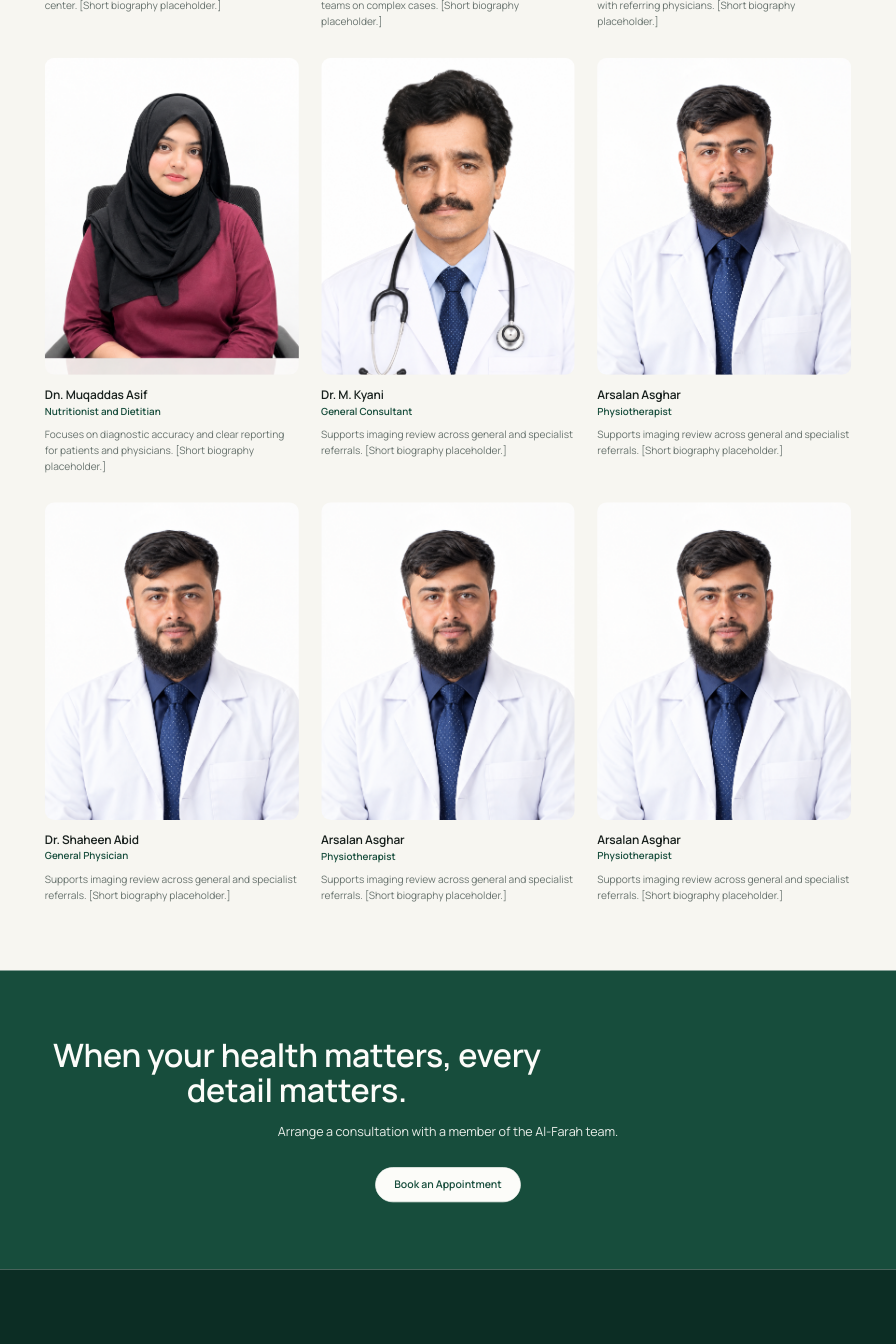
Repository: mraeesaziz45/al-farah
Page: team.html
An editor plug-in stored every save of this project. The page is shown before and after the next save, followed by the edit.
The browser window is 1280 px wide. The pictures show the part of the page from y = 3658 to 5578 px (the page is 5934 px tall), at 70% of full size.

Above is the page before, as saved 2026-09-08 17:55:25.

### team.html
<!DOCTYPE html>
<html lang="en">
<head>
<meta charset="UTF-8">
<meta name="viewport" content="width=device-width, initial-scale=1.0">
<title>Team — Al-Farah Medical Center</title>
<meta name="description" content="Meet the physicians and staff of Al-Farah Medical Center, led by our Founder and Director.">
<meta property="og:title" content="Team — Al-Farah Medical Center">
<meta property="og:description" content="The people behind the care.">
<meta property="og:type" content="website">
<link rel="preconnect" href="https://fonts.googleapis.com">
<link rel="preconnect" href="https://fonts.gstatic.com" crossorigin>
<link href="https://fonts.googleapis.com/css2?family=Manrope:wght@400;500;600;700&family=DM+Serif+Display:ital@0;1&display=swap" rel="stylesheet">
<link rel="stylesheet" href="css/style.css">
</head>
<body>
<a href="#main" class="skip-link">Skip to content</a>

<header class="site-header">
  <div class="container header-inner">
    <a href="index.html" class="logo-link">
      <img src="assets/logo/logo-placeholder.svg" alt="Al-Farah Medical Center" width="180" height="52">
    </a>
    <nav class="main-nav" aria-label="Primary">
      <a href="index.html">Home</a>
      <a href="services.html">Services</a>
      <a href="team.html" aria-current="page">Team</a>
      <a href="about.html">About</a>
      <a href="contact.html">Contact</a>
    </nav>
    <div class="header-actions">
      <a href="contact.html" class="btn btn-primary header-cta-desktop">Book an Appointment</a>
      <button class="menu-toggle" aria-expanded="false" aria-controls="mobileMenu" aria-label="Open menu">
        <span class="bar"></span>
      </button>
    </div>
  </div>
</header>

<div class="mobile-menu" id="mobileMenu">
  <div class="mobile-menu-top">
    <img src="assets/logo/logo-placeholder.svg" alt="Al-Farah Medical Center" width="150" height="44">
    <button class="mobile-menu-close" aria-label="Close menu">
      <svg viewBox="0 0 24 24" fill="none" stroke="currentColor" stroke-width="1.6"><line x1="5" y1="5" x2="19" y2="19"/><line x1="19" y1="5" x2="5" y2="19"/></svg>
    </button>
  </div>
  <nav class="mobile-nav" aria-label="Mobile">
    <a href="index.html">Home</a>
    <a href="services.html">Services</a>
    <a href="team.html" aria-current="page">Team</a>
    <a href="about.html">About</a>
    <a href="contact.html">Contact</a>
  </nav>
  <div class="mobile-menu-cta">
    <a href="contact.html" class="btn btn-primary">Book an Appointment</a>
  </div>
</div>

<main id="main">

  <section class="page-hero dark bg-forest-deep">
    <div class="container">
      <p class="eyebrow" data-reveal>Our People</p>
      <h1 class="page-heading h1" data-reveal>The people behind the care.</h1>
      <p class="body-lg" data-reveal>Al-Farah is led by a small team of physicians and support staff who work together across consultation, diagnostics, and follow-up.</p>
    </div>
  </section>

  <section class="bg-white">
    <div class="container">
      <div class="team-feature">
        <div class="team-feature-media" data-reveal>
          <img src="assets/images/team/director-2.png" alt="Portrait of the Director, placeholder photograph" width="1200" height="1600" loading="lazy" decoding="async">
        </div>
        <div class="team-feature-content" data-reveal>
          <p class="eyebrow">Leadership</p>
          <h2 class="h2">M. Raees Aziz</h2>
          <span class="team-feature-role">Founder &amp; Director</span>
          <p>Dr. [Director Name] founded Al-Farah Medical Center with the intention of building a clinic where diagnosis and consultation received equal care — one where patients leave with answers, not just appointments.</p>
          <p>[Placeholder biography — medical background, areas of focus, and professional history to be supplied by the clinic.]</p>
        </div>
      </div>
    </div>
  </section>

  <section class="bg-cream">
    <div class="container">
      <div class="section-head team-section-label" data-reveal>
        <p class="eyebrow">Senior Team</p>
        <h2 class="h2">Management & Staff.</h2>
      </div>
      <div class="team-grid" data-reveal-group>
        <div class="team-card" data-reveal>
          <div class="team-card-media">
            <img src="assets/images/team/hafiz-khushi.png" alt="Portrait placeholder for the clinic accountant" width="1000" height="1250" loading="lazy" decoding="async">
          </div>
          <h3 class="h4">Hafiz M. Khuhsi</h3>
          <span class="role">Head Manager</span>
          <p class="bio">Manages financial operations and billing for the center. [Short biography placeholder.]</p>
        </div>
        <div class="team-card" data-reveal>
          <div class="team-card-media">
            <img src="assets/images/team/benazir.png" alt="Portrait placeholder for a radiologist" width="1000" height="1250" loading="lazy" decoding="async">
          </div>
          <h3 class="h4">Benazir Aziz</h3>
          <span class="role">Accountant</span>
          <p class="bio">Reviews diagnostic imaging and coordinates findings with referring physicians. [Short biography placeholder.]</p>
        </div>
        <div class="team-card" data-reveal>
          <div class="team-card-media">
            <img src="assets/images/team/aneela-tabassum.png" alt="Portrait placeholder for a radiologist" width="1000" height="1250" loading="lazy" decoding="async">
          </div>
          <h3 class="h4">Anila Tabassum</h3>
          <span class="role">HR Manager</span>
          <p class="bio">Focuses on diagnostic accuracy and clear reporting for patients and physicians. [Short biography placeholder.]</p>
        </div>
        <div class="team-card" data-reveal>
          <div class="team-card-media">
            <img src="assets/images/team/abdul-isalm.png" alt="Portrait placeholder for a radiologist" width="1000" height="1250" loading="lazy" decoding="async">
          </div>
          <h3 class="h4">Abdul Islam</h3>
          <span class="role">Marketing Executive</span>
          <p class="bio">Supports imaging review across general and specialist referrals. [Short biography placeholder.]</p>
        </div>
        <div class="team-card" data-reveal>
          <div class="team-card-media">
            <img src="assets/images/team/sarfaraz-ahmad.png" alt="Portrait placeholder for a radiologist" width="1000" height="1250" loading="lazy" decoding="async">
          </div>
          <h3 class="h4">M. Sarfaraz Ahmad</h3>
          <span class="role">Marketing Manager</span>
          <p class="bio">Works closely with the laboratory and consultation teams on complex cases. [Short biography placeholder.]</p>
        </div>
      </div>
    </div>
  </section>

  <section class="bg-cream">
    <div class="container">
      <div class="section-head team-section-label" data-reveal>
        <p class="eyebrow">Our Doctors</p>
        <h2 class="h2">Consultants and Surgeons.</h2>
      </div>
      <div class="team-grid" data-reveal-group>
        <div class="team-card" data-reveal>
          <div class="team-card-media">
            <img src="assets/images/team/dr-raza-elahi.png" alt="Portrait placeholder for the clinic accountant" width="1000" height="1250" loading="lazy" decoding="async">
          </div>
          <h3 class="h4">Dr. Raza Elahi</h3>
          <span class="role">Senior Orthopedic Surgeon</span>
          <p class="bio">Manages financial operations and billing for the center. [Short biography placeholder.]</p>
        </div>
        <div class="team-card" data-reveal>
          <div class="team-card-media">
            <img src="assets/images/team/arsalan-ghori.png" alt="Portrait placeholder for a radiologist" width="1000" height="1250" loading="lazy" decoding="async">
          </div>
          <h3 class="h4">Dr. Arsalan Ghouri</h3>
          <span class="role">Orthopedic Surgeon</span>
          <p class="bio">Works closely with the laboratory and consultation teams on complex cases. [Short biography placeholder.]</p>
        </div>
        <div class="team-card" data-reveal>
          <div class="team-card-media">
            <img src="assets/images/team/dr-aslam.png" alt="Portrait placeholder for a radiologist" width="1000" height="1250" loading="lazy" decoding="async">
          </div>
          <h3 class="h4">Dr. M. Aslam</h3>
          <span class="role">General Surgeon</span>
          <p class="bio">Reviews diagnostic imaging and coordinates findings with referring physicians. [Short biography placeholder.]</p>
        </div>
        <div class="team-card" data-reveal>
          <div class="team-card-media">
            <img src="assets/images/team/muqaddas-asif.png" alt="Portrait placeholder for a radiologist" width="1000" height="1250" loading="lazy" decoding="async">
          </div>
          <h3 class="h4">Dn. Muqaddas Asif</h3>
          <span class="role">Nutritionist and Dietitian</span>
          <p class="bio">Focuses on diagnostic accuracy and clear reporting for patients and physicians. [Short biography placeholder.]</p>
        </div>
        <div class="team-card" data-reveal>
          <div class="team-card-media">
            <img src="assets/images/team/dr-kyani.png" alt="Portrait placeholder for a radiologist" width="1000" height="1250" loading="lazy" decoding="async">
          </div>
          <h3 class="h4">Dr. M. Kyani</h3>
          <span class="role">General Consultant</span>
          <p class="bio">Supports imaging review across general and specialist referrals. [Short biography placeholder.]</p>
        </div>
        <div class="team-card" data-reveal>
          <div class="team-card-media">
            <img src="assets/images/team/arsalan.png" alt="Portrait placeholder for a radiologist" width="1000" height="1250" loading="lazy" decoding="async">
          </div>
          <h3 class="h4">Arsalan Asghar</h3>
          <span class="role">Physiotherapist</span>
          <p class="bio">Supports imaging review across general and specialist referrals. [Short biography placeholder.]</p>
        </div>
        <div class="team-card" data-reveal>
          <div class="team-card-media">
            <img src="assets/images/team/arsalan.png" alt="Portrait placeholder for a radiologist" width="1000" height="1250" loading="lazy" decoding="async">
          </div>
          <h3 class="h4">Dr. Shaheen Abid</h3>
          <span class="role">General Physician</span>
          <p class="bio">Supports imaging review across general and specialist referrals. [Short biography placeholder.]</p>
        </div>
        <div class="team-card" data-reveal>
          <div class="team-card-media">
            <img src="assets/images/team/arsalan.png" alt="Portrait placeholder for a radiologist" width="1000" height="1250" loading="lazy" decoding="async">
          </div>
          <h3 class="h4">Arsalan Asghar</h3>
          <span class="role">Physiotherapist</span>
          <p class="bio">Supports imaging review across general and specialist referrals. [Short biography placeholder.]</p>
        </div>
        <div class="team-card" data-reveal>
          <div class="team-card-media">
            <img src="assets/images/team/arsalan.png" alt="Portrait placeholder for a radiologist" width="1000" height="1250" loading="lazy" decoding="async">
          </div>
          <h3 class="h4">Arsalan Asghar</h3>
          <span class="role">Physiotherapist</span>
          <p class="bio">Supports imaging review across general and specialist referrals. [Short biography placeholder.]</p>
        </div>

      </div>
    </div>
  </section>

  <section class="cta-band bg-forest">
    <div class="container">
      <h2 class="h2" data-reveal>When your health matters, every detail matters.</h2>
      <p class="body-lg" data-reveal>Arrange a consultation with a member of the Al-Farah team.</p>
      <div class="cta-row" data-reveal>
        <a href="contact.html" class="btn btn-primary">Book an Appointment</a>
      </div>
    </div>
  </section>

</main>

<footer class="site-footer">
  <div class="container footer-grid">
    <div>
      <img src="assets/logo/logo-placeholder-light.svg" alt="Al-Farah Medical Center" class="footer-logo" width="170" height="50">
      <p class="footer-about">Al-Farah Medical Center provides trusted medical care with an emphasis on expertise, dignity, and patient-centered service.</p>
    </div>
    <div class="footer-col">
      <p class="footer-col-title">Navigation</p>
      <ul>
        <li><a href="index.html">Home</a></li>
        <li><a href="services.html">Services</a></li>
        <li><a href="team.html">Team</a></li>
        <li><a href="about.html">About</a></li>
        <li><a href="contact.html">Contact</a></li>
      </ul>
    </div>
    <div class="footer-col">
      <p class="footer-col-title">Services</p>
      <ul>
        <li><a href="services.html#radiology">Radiology</a></li>
        <li><a href="services.html#consultation">Consultation</a></li>
        <li><a href="services.html#laboratory">Diagnostics</a></li>
        <li><a href="services.html#specialist">Specialist Care</a></li>
      </ul>
    </div>
    <div class="footer-col">
      <p class="footer-col-title">Contact</p>
      <ul>
        <li>[Clinic Address Placeholder]</li>
        <li>[Phone Number Placeholder]</li>
        <li>[Email Address Placeholder]</li>
        <li>[Opening Hours Placeholder]</li>
      </ul>
    </div>
  </div>
  <div class="container footer-bottom">
    <p>&copy; 2026 Al-Farah Medical Center</p>
    <div class="footer-legal">
      <a href="#">Privacy Policy</a>
      <a href="#">Terms</a>
    </div>
  </div>
</footer>

<script src="js/main.js"></script>
</body>
</html>

Loaded but not shown: js/main.js (276 lines, source omitted); css/style.css (1057 lines, source omitted)

After the next save:
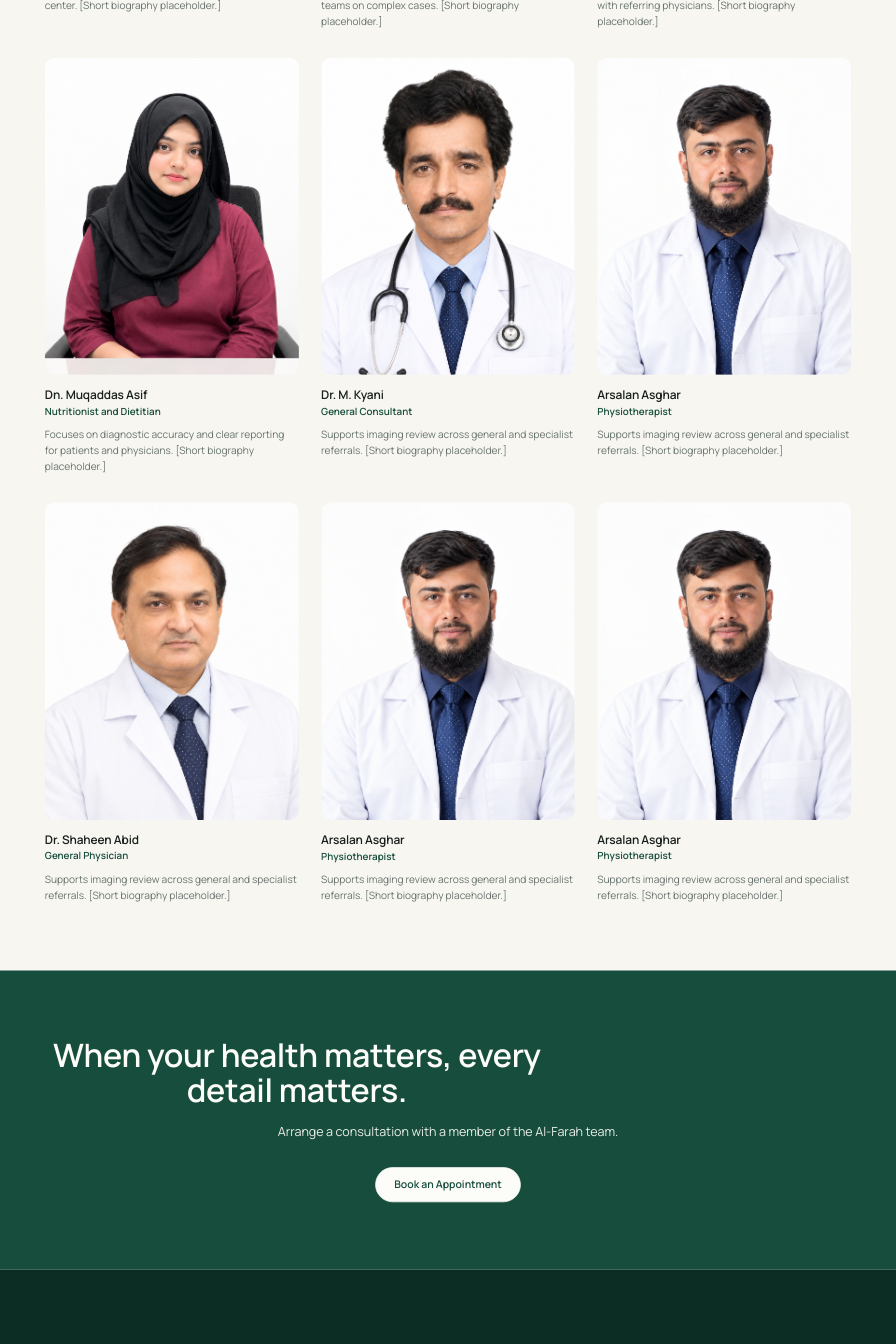
Saved 19 s later.
--- a/team.html
+++ b/team.html
@@ -191,7 +191,7 @@
         </div>
         <div class="team-card" data-reveal>
           <div class="team-card-media">
-            <img src="assets/images/team/arsalan.png" alt="Portrait placeholder for a radiologist" width="1000" height="1250" loading="lazy" decoding="async">
+            <img src="assets/images/team/dr-shaheen-abid.png" alt="Portrait placeholder for a radiologist" width="1000" height="1250" loading="lazy" decoding="async">
           </div>
           <h3 class="h4">Dr. Shaheen Abid</h3>
           <span class="role">General Physician</span>
